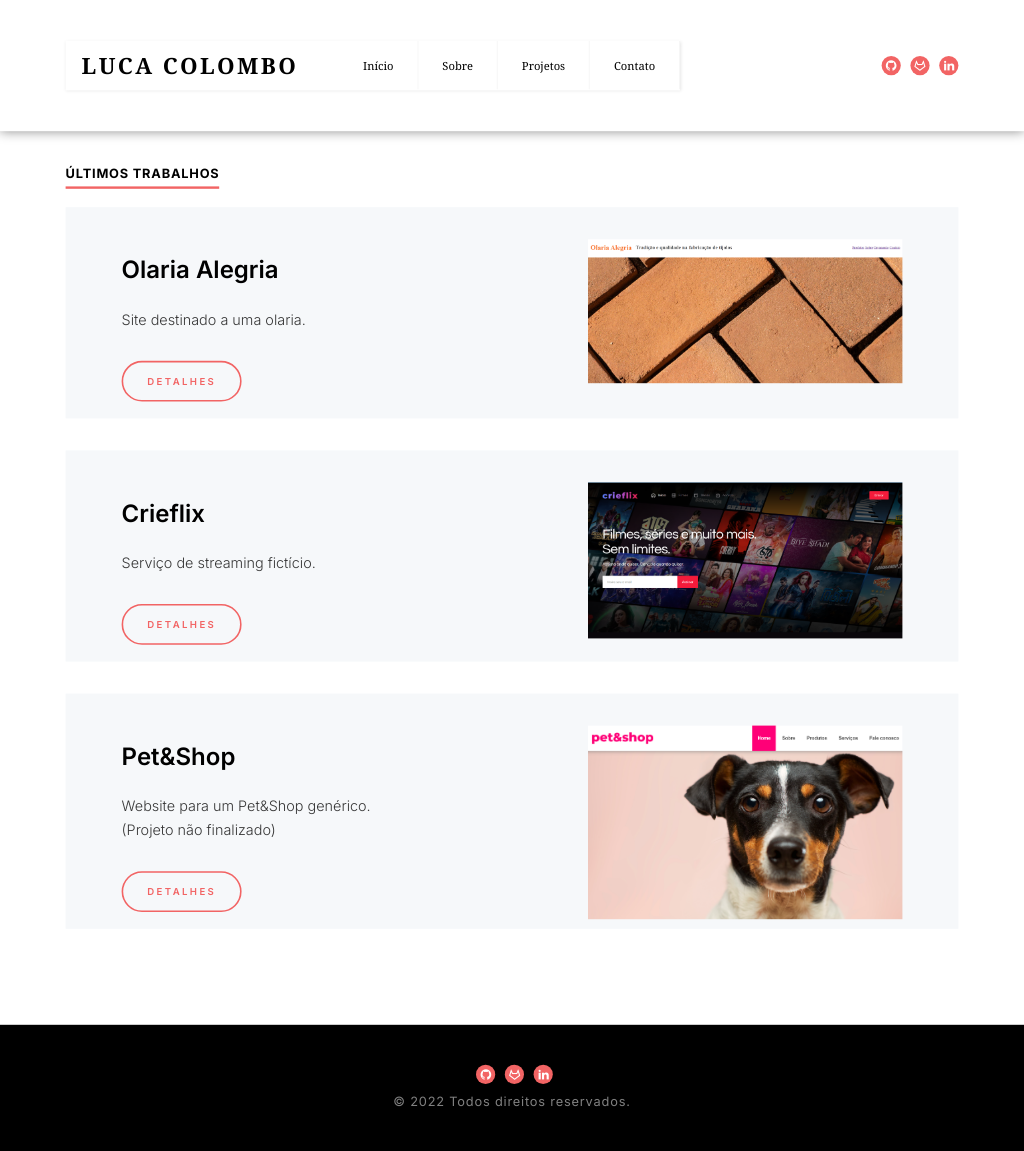
Repository: lxcxcxlxmb/portfolio
Page: projetos.html
These files come from the project's save history. The page is drawn as it stood at one moment and after the next save; the edit follows.
The browser window is 1280 px wide. The pictures show the whole page, at 80% of full size.

Above is the page before, as saved 2022-05-25 22:16:58.

After the next save:
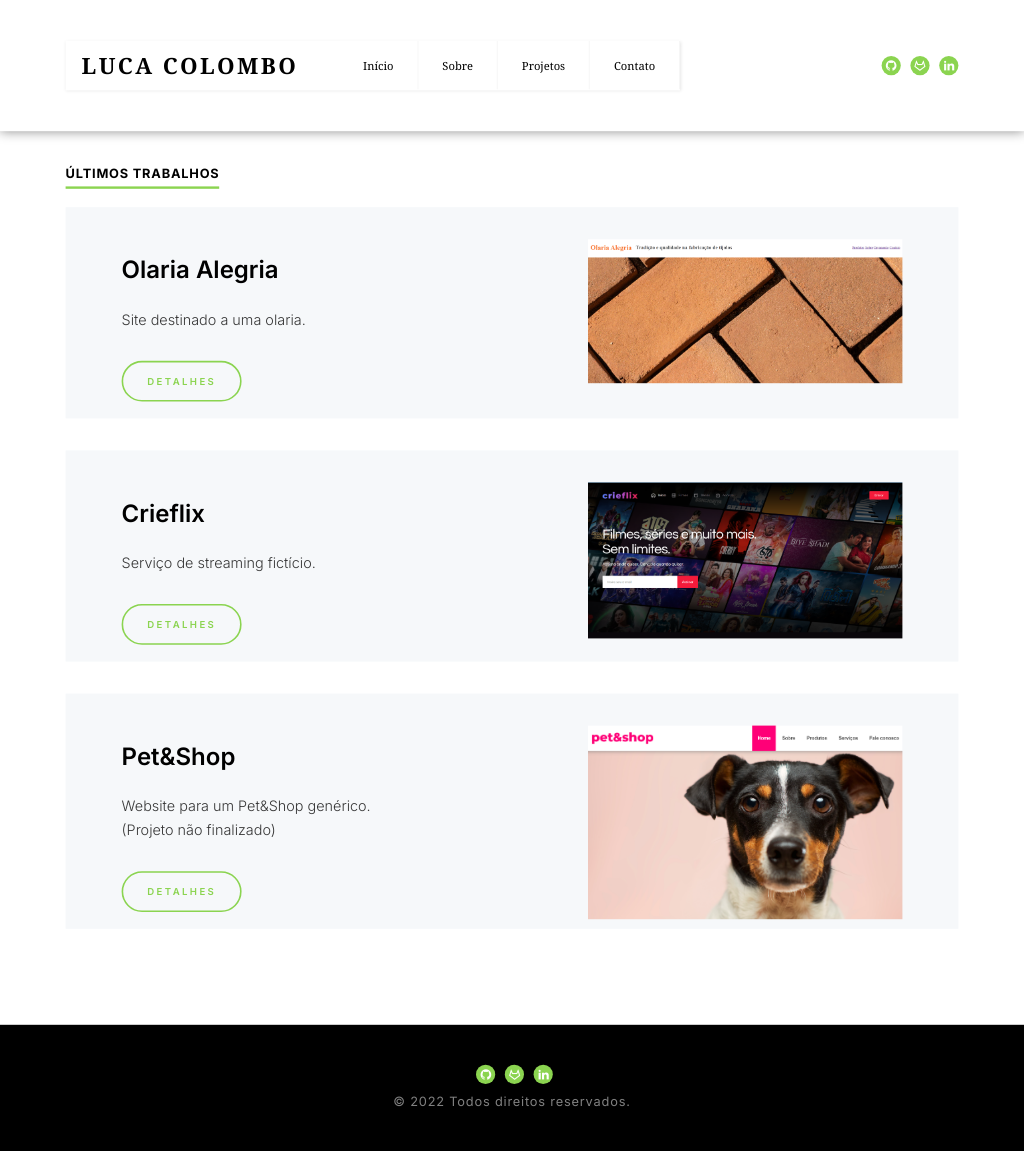
Saved 3 min 3 s later.
--- a/styles.css
+++ b/styles.css
@@ -174,7 +174,7 @@ img {
 }
 
 .logo:hover {
-	color: #F26464;
+	color: #8bd450;
 }
 
 .ds-social {
@@ -197,7 +197,7 @@ img {
 	color: #FFF;
 	width: 24px;
 	height: 24px;
-	background-color: #F26464;
+	background-color: #8bd450;
 	display: flex;
 	justify-content: center;
 	align-items: center;
@@ -222,18 +222,6 @@ img {
 	font-weight: 500;
 }*/
 
-.activ {
-	color: #fff;
-	background-color: #FF0077;
-}
-
-.inactiv {
-	color: #494949;
-}
-
-.inactiv:hover {
-	color: #FF0077;
-}
 
 .header {
 	background-color: #fff;
@@ -264,7 +252,7 @@ img {
   .header li a:hover,
   .header .menu-btn:hover {
 	background-color: #f4f4f4;
-	color: #F26464;
+	color: #8bd450;
   }
 
   .header .logo {
@@ -412,7 +400,7 @@ img {
 
 .ds-numbervalulist strong {
 	display: block;
-	color: #F26464;
+	color: #8bd450;
 	font-size: 36px;
 	font-weight: 800;
 }
@@ -437,7 +425,7 @@ img {
 	text-transform: uppercase;
 	letter-spacing: 1px;
 	font-size: 16px;
-	border-bottom: 3px solid #F26464;
+	border-bottom: 3px solid #8bd450;
 	padding-bottom: 7px;
 	margin-bottom: 23px;
 }
@@ -449,7 +437,7 @@ img {
 	text-transform: uppercase;
 	letter-spacing: 1px;
 	font-size: 16px;
-	border-bottom: 3px solid #F26464;
+	border-bottom: 3px solid #8bd450;
 	padding-bottom: 7px;
 	margin-bottom: 23px;
 }
@@ -469,14 +457,14 @@ img {
 	line-height: 13px;
 	font-weight: 600;
 	letter-spacing: 3px;
-	color: #F26464;
+	color: #8bd450;
 	padding: 17px 30px;
-	border: 2px solid #F26464;
+	border: 2px solid #8bd450;
 	border-radius: 60px;
 }
 
 .ds-button:hover {
-	background-color: #F26464;
+	background-color: #8bd450;
 	color: #FFF;
 }
 
@@ -735,7 +723,7 @@ span.ds-department {
 }
 
 .ds-copyright a:hover {
-	color: #F26464;
+	color: #8bd450;
 }
 
 
@@ -933,5 +921,5 @@ input:focus {
   }
 
   .link a:hover {
-	color: #F26464;
-}
+	color: #8bd450;
+}
